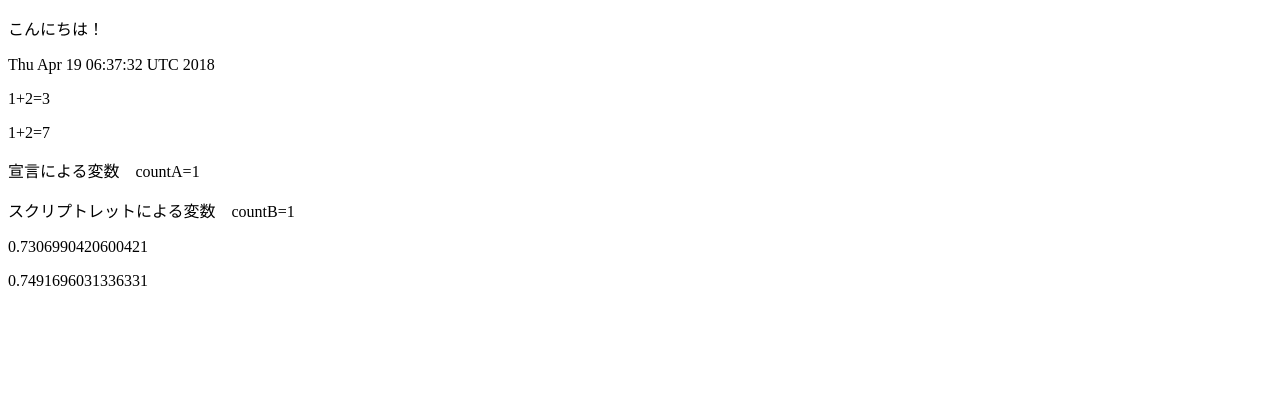
Repository: rt-1217/j2
Page: http://localhost/HelloJSP/
These files come from the project's save history. The page is drawn as it stood at one moment and after the next save; the edit follows.
The browser window is 1280 px wide. The pictures show the whole page.
The page is served by Tomcat 9.

Above is the page before, as saved 2018-04-19 07:01:39.

After the next save:
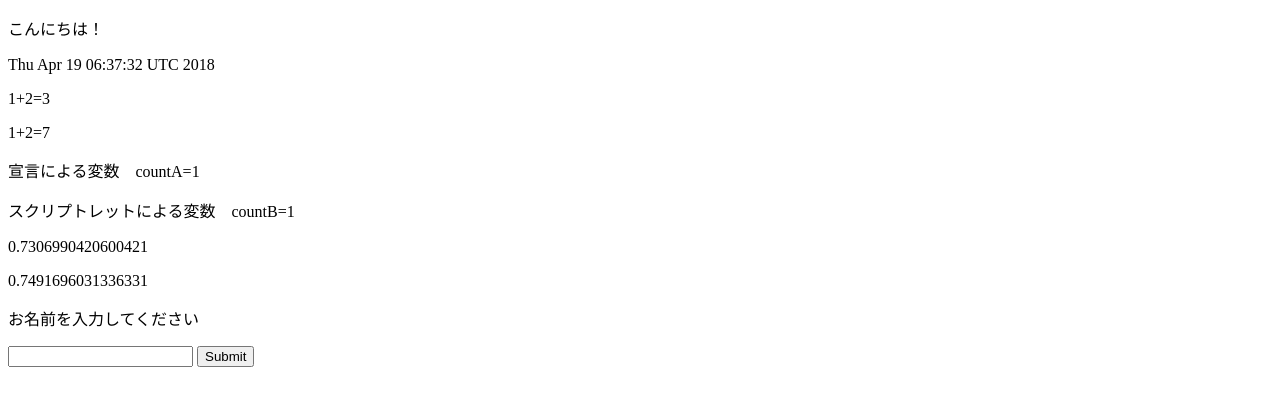
Saved 4 min 35 s later.
--- a/HelloJSP/WebContent/index.jsp
+++ b/HelloJSP/WebContent/index.jsp
@@ -33,5 +33,11 @@ countB++;
 <p><%out.println(Math.random()); %></p>
 <p><%=Math.random() %></p>
 
+<p>お名前を入力してください</p>
+<form method="post" action="greeting-out.jsp">
+<input type="text" name="user">
+<input type="submit" value"確定">
+</form>
+
 </body>
 </html>
